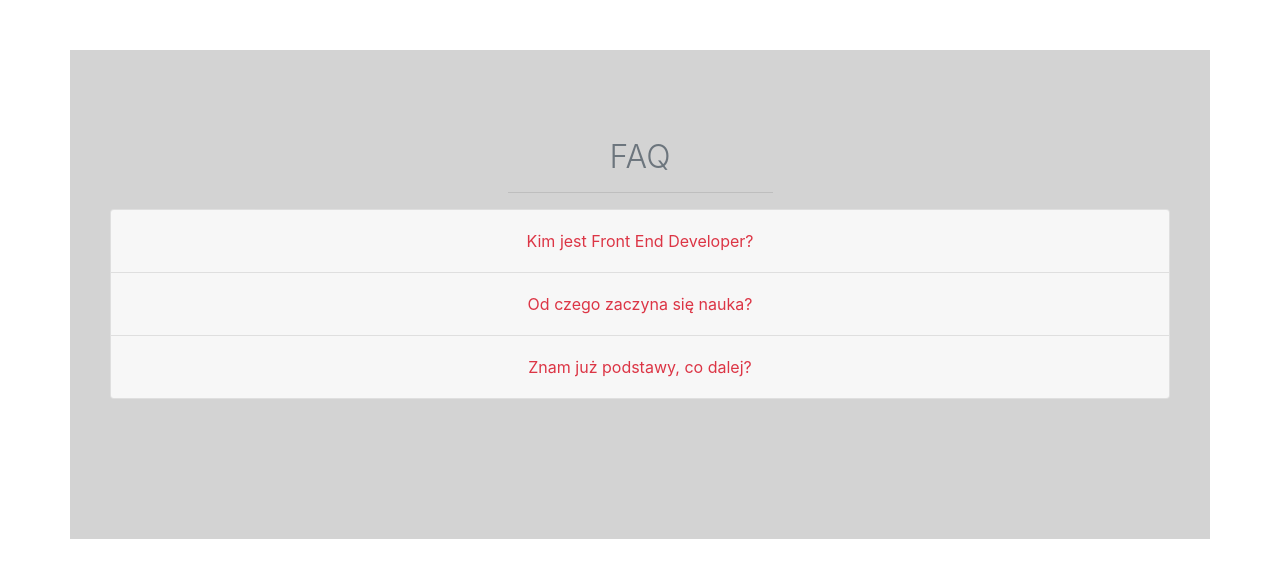
Repository: magdaf41/Bootstrap
Page: zadanie 2/index.html
These files come from the project's save history. The page is drawn as it stood at one moment and after the next save; the edit follows.
The browser window is 1280 px wide. The pictures show the whole page.

Above is the page before, as saved 2020-09-19 10:21:39.

### zadanie 2/index.html
<!doctype html>
<html lang="en">

<head>
    <!-- Required meta tags -->
    <meta charset="utf-8">
    <meta name="viewport" content="width=device-width, initial-scale=1, shrink-to-fit=no">
    <title>Faq-bootstrap</title>
    <!-- Bootstrap CSS -->
    <link rel="stylesheet" href="https://stackpath.bootstrapcdn.com/bootstrap/4.5.2/css/bootstrap.min.css"
        integrity="sha384-JcKb8q3iqJ61gNV9KGb8thSsNjpSL0n8PARn9HuZOnIxN0hoP+VmmDGMN5t9UJ0Z" crossorigin="anonymous">
    <link rel="stylesheet" href="https://use.fontawesome.com/releases/v5.7.2/css/all.css"
        integrity="sha384-fnmOCqbTlWIlj8LyTjo7mOUStjsKC4pOpQbqyi7RrhN7udi9RwhKkMHpvLbHG9Sr" crossorigin="anonymous">
    <link rel="stylesheet" href="css/style.css">

</head>

<body>
    <div class="container  text-center">
        <h1 class="text-muted font-weight-light mt-5">FAQ</h1>
        <hr class="w-25">

        <div class="accordion" id="accordionExample">
            <div class="card">
                <div class="card-header" id="headingOne">
                    <h2 class="mb-0">
                        <button class="btn btn-link btn-block  text-danger" type="button" data-toggle="collapse"
                            data-target="#collapseOne" aria-expanded="true" aria-controls="collapseOne">
                            Kim jest Front End Developer?
                        </button>
                    </h2>
                </div>

                <div id="collapseOne" class="collapse" aria-labelledby="headingOne"
                    data-parent="#accordionExample">
                    <div class="card-body text-muted">
                        Anim pariatur cliche reprehenderit, enim eiusmod high life accusamus terry richardson ad squid.
                        3
                        wolf moon officia aute, non cupidatat skateboard dolor brunch. Food truck quinoa nesciunt
                        laborum
                        eiusmod. Brunch 3 wolf moon tempor, sunt aliqua put a bird on it squid single-origin coffee
                        nulla
                        assumenda shoreditch et. Nihil anim keffiyeh helvetica, craft beer labore wes anderson cred
                        nesciunt
                        sapiente ea proident. Ad vegan excepteur butcher vice lomo. Leggings occaecat craft beer
                        farm-to-table, raw denim aesthetic synth nesciunt you probably haven't heard of them accusamus
                        labore sustainable VHS.
                    </div>
                </div>
            </div>
            <div class="card">
                <div class="card-header" id="headingTwo">
                    <h2 class="mb-0">
                        <button class="btn btn-link btn-block collapsed text-danger" type="button"
                            data-toggle="collapse" data-target="#collapseTwo" aria-expanded="false"
                            aria-controls="collapseTwo">
                            Od czego zaczyna się nauka?
                        </button>
                    </h2>
                </div>
                <div id="collapseTwo" class="collapse" aria-labelledby="headingTwo" data-parent="#accordionExample">
                    <div class="card-body text-muted">
                        Anim pariatur cliche reprehenderit, enim eiusmod high life accusamus terry richardson ad squid.
                        3
                        wolf moon officia aute, non cupidatat skateboard dolor brunch. Food truck quinoa nesciunt
                        laborum
                        eiusmod. Brunch 3 wolf moon tempor, sunt aliqua put a bird on it squid single-origin coffee
                        nulla
                        assumenda shoreditch et. Nihil anim keffiyeh helvetica, craft beer labore wes anderson cred
                        nesciunt
                        sapiente ea proident. Ad vegan excepteur butcher vice lomo. Leggings occaecat craft beer
                        farm-to-table, raw denim aesthetic synth nesciunt you probably haven't heard of them accusamus
                        labore sustainable VHS.
                    </div>
                </div>
            </div>
            <div class="card">
                <div class="card-header" id="headingThree">
                    <h2 class="mb-0">
                        <button class="btn btn-link btn-block collapsed text-danger" type="button"
                            data-toggle="collapse" data-target="#collapseThree" aria-expanded="false"
                            aria-controls="collapseThree">
                            Znam już podstawy, co dalej?
                        </button>
                    </h2>
                </div>
                <div id="collapseThree" class="collapse" aria-labelledby="headingThree" data-parent="#accordionExample">
                    <div class="card-body text-muted">
                        Anim pariatur cliche reprehenderit, enim eiusmod high life accusamus terry richardson ad squid.
                        3
                        wolf moon officia aute, non cupidatat skateboard dolor brunch. Food truck quinoa nesciunt
                        laborum
                        eiusmod. Brunch 3 wolf moon tempor, sunt aliqua put a bird on it squid single-origin coffee
                        nulla
                        assumenda shoreditch et. Nihil anim keffiyeh helvetica, craft beer labore wes anderson cred
                        nesciunt
                        sapiente ea proident. Ad vegan excepteur butcher vice lomo. Leggings occaecat craft beer
                        farm-to-table, raw denim aesthetic synth nesciunt you probably haven't heard of them accusamus
                        labore sustainable VHS.
                    </div>
                </div>
            </div>
        </div>
    </div>






    <!-- Optional JavaScript -->
    <!-- jQuery first, then Popper.js, then Bootstrap JS -->
    <script src="https://code.jquery.com/jquery-3.5.1.slim.min.js"
        integrity="sha384-DfXdz2htPH0lsSSs5nCTpuj/zy4C+OGpamoFVy38MVBnE+IbbVYUew+OrCXaRkfj"
        crossorigin="anonymous"></script>
    <script src="https://cdn.jsdelivr.net/npm/popper.js@1.16.1/dist/umd/popper.min.js"
        integrity="sha384-9/reFTGAW83EW2RDu2S0VKaIzap3H66lZH81PoYlFhbGU+6BZp6G7niu735Sk7lN"
        crossorigin="anonymous"></script>
    <script src="https://stackpath.bootstrapcdn.com/bootstrap/4.5.2/js/bootstrap.min.js"
        integrity="sha384-B4gt1jrGC7Jh4AgTPSdUtOBvfO8shuf57BaghqFfPlYxofvL8/KUEfYiJOMMV+rV"
        crossorigin="anonymous"></script>
</body>

</html>

### zadanie 2/css/style.css
h1 {
    font-size: 2em;
}

.container {
    background-color: lightgray;
    padding: 40px;
    margin-top: 50px;
}

.accordion {
    margin-bottom: 100px;
}

.btn:focus {
    box-shadow: none
}

After the next save:
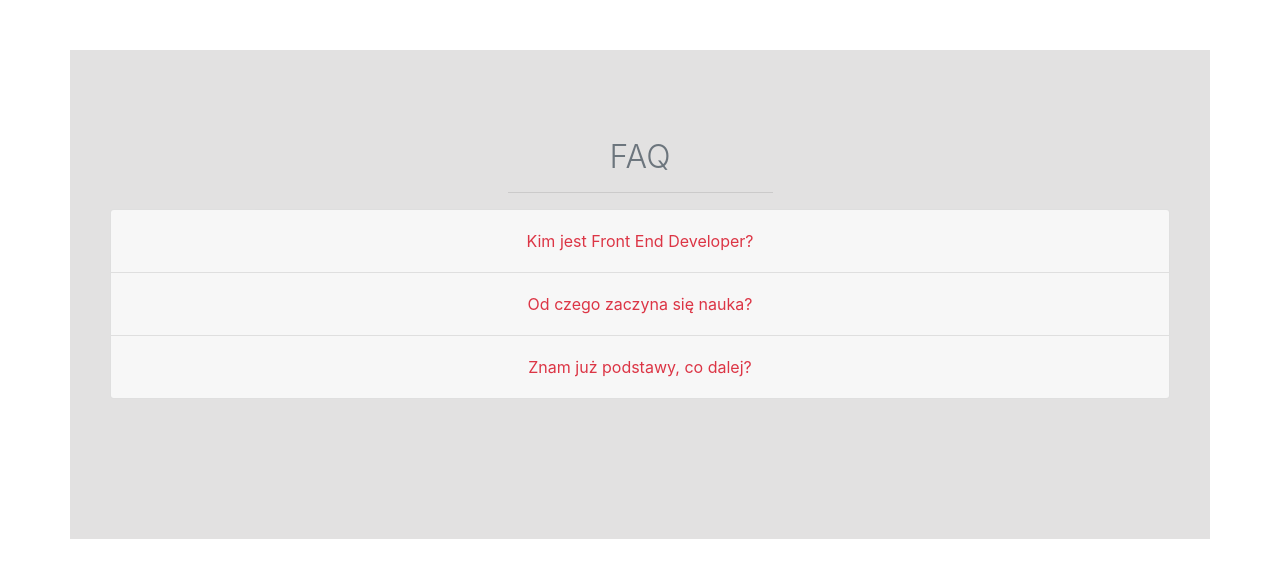
Saved 42 s later.
--- a/zadanie 2/css/style.css
+++ b/zadanie 2/css/style.css
@@ -3,7 +3,7 @@
 }
 
 .container {
-    background-color: lightgray;
+    background-color: rgb(226, 225, 225);
     padding: 40px;
     margin-top: 50px;
 }
